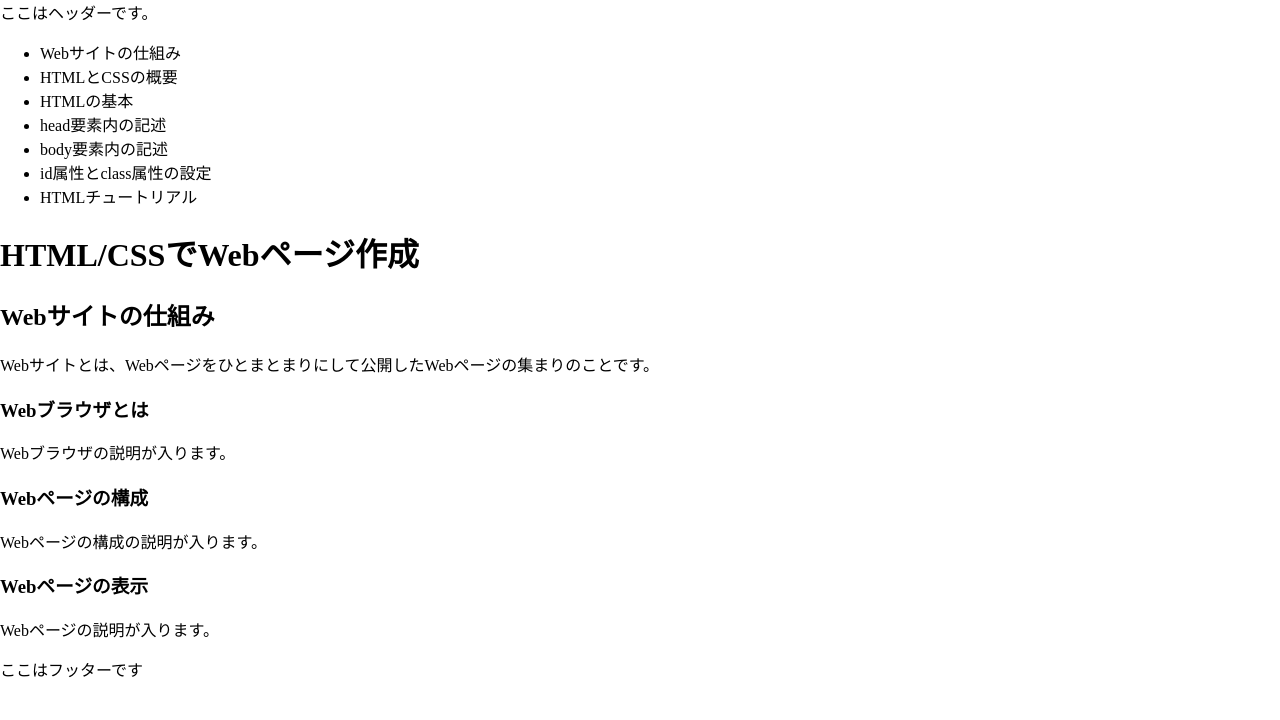
Repository: risayoshinaga/kadai-monolist
Page: kadai-html.html
The author's editor kept a record of every edit. The page is drawn from the files as they stood at one moment, then again after the next edit.
The browser window is 1280 px wide. The pictures show the whole page.

Above is the page before.

After the next edit:
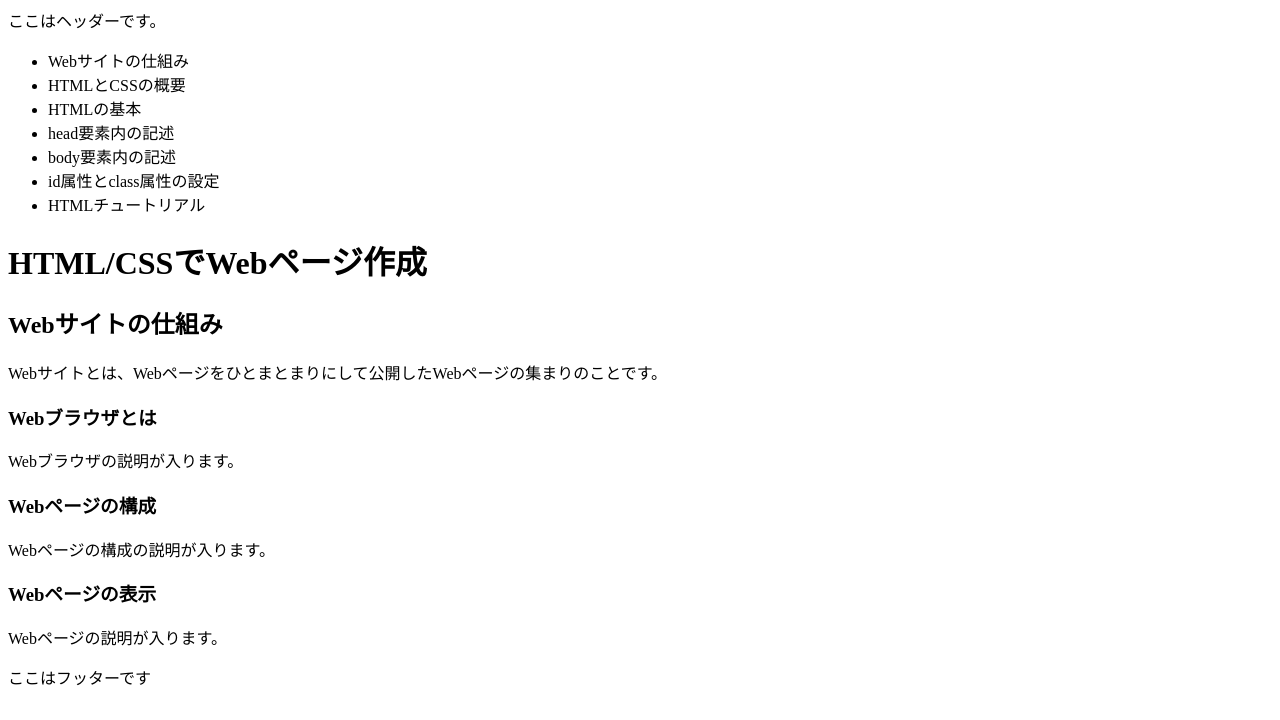
The edit:
--- a/kadai.css
+++ b/kadai.css
@@ -4,11 +4,7 @@
     background:
 }
 
-body {
-    margin: 0;
-    padding: 0;
-    width: 1000px
-}
+
 
 #main {
 

After the edit that followed:
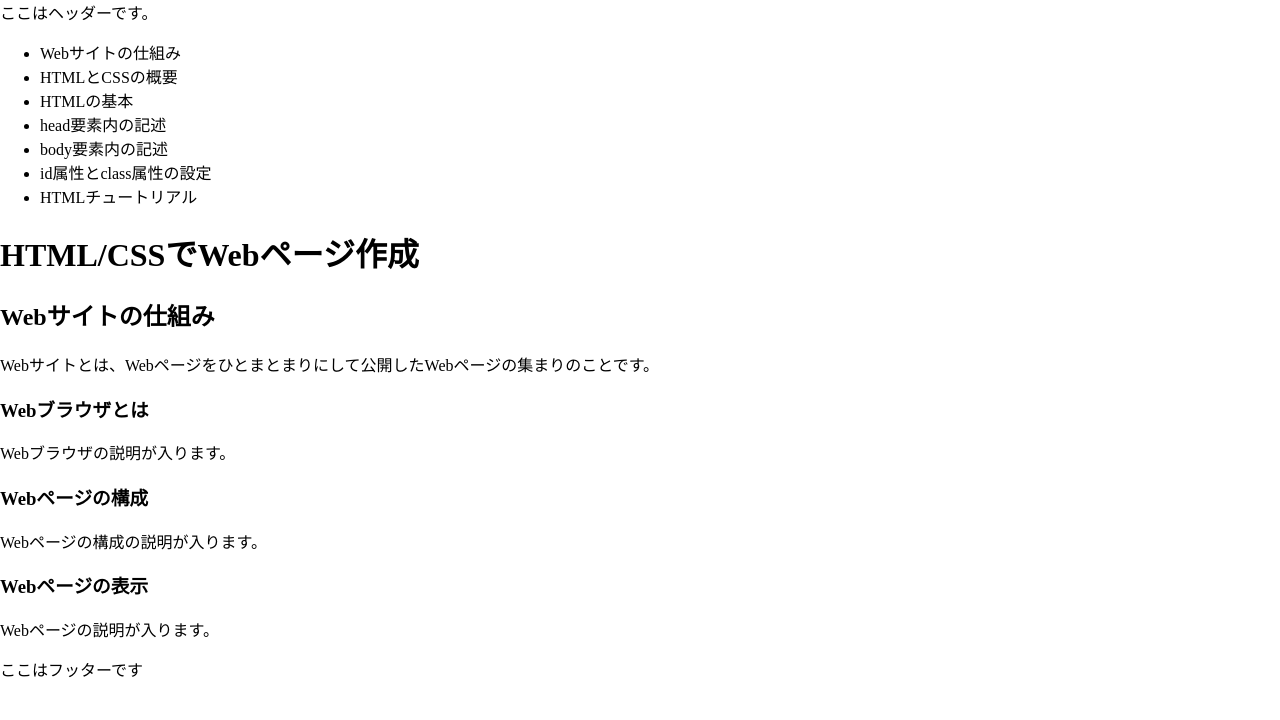
The edit:
--- a/kadai.css
+++ b/kadai.css
@@ -1,5 +1,10 @@
 @charset "UTF-8";
 
+body {
+    margin: 0;
+    padding: 0;
+    width: 1000px
+}
 header {
     background:
 }
